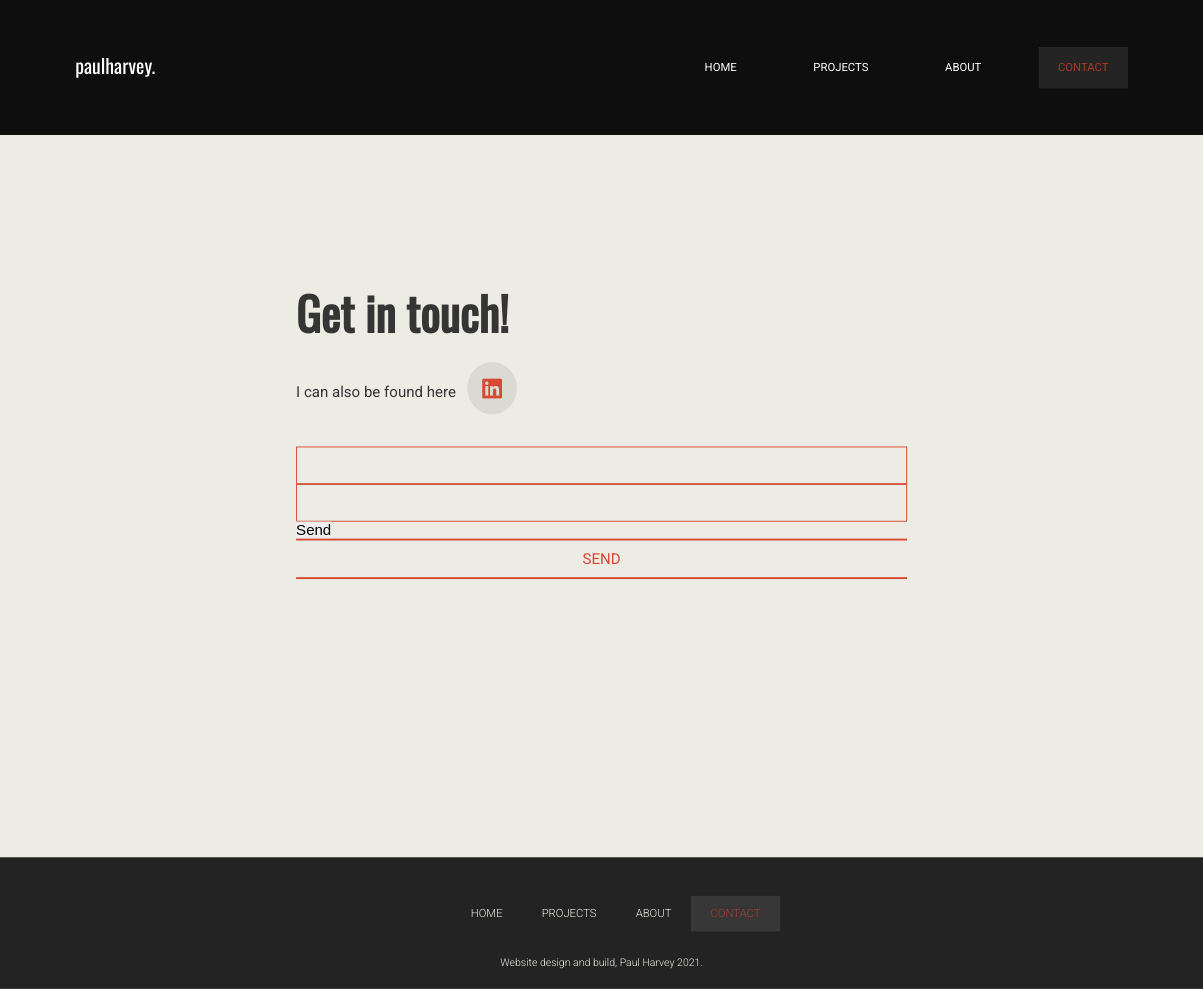
Repository: pavhns20/my-new-portfolio
Page: www/contact.html
These files come from the project's save history. The page is drawn as it stood at one moment and after the next save; the edit follows.
The browser window is 1280 px wide. The pictures show the whole page, at 94% of full size.
Some web libraries are served in a nearby version.

Above is the page before, as saved 2022-01-11 10:10:32.
Console error: TypeError: Cannot read properties of null (reading 'addEventListener')

### www/contact.html
<!DOCTYPE html>
<html lang="en">
	<head>
		<meta charset="UTF-8" />
		<meta name="viewport" content="width=device-width, initial-scale=1.0" />
		<link
			rel="stylesheet"
			href="https://unpkg.com/swiper/swiper-bundle.min.css"
		/>
		<link
			href="https://fonts.googleapis.com/css2?family=Oswald:wght@300;400&display=swap"
			rel="stylesheet"
		/>
		<link rel="preconnect" href="https://fonts.googleapis.com" />
		<link rel="preconnect" href="https://fonts.gstatic.com" crossorigin />
		<link
			href="https://fonts.googleapis.com/css2?family=Roboto+Mono:wght@300;400;500;600&family=Roboto:wght@100;300;400&display=swap"
			rel="stylesheet"
		/>

		<link rel="stylesheet" href="https://unpkg.com/aos@next/dist/aos.css" />

		<link href="main.css" rel="stylesheet" />

		<title>Paul Harvey - UX Designer - Contact page</title>
		<script
			src="https://kit.fontawesome.com/214c7f40bc.js"
			crossorigin="anonymous"
		></script>
	</head>

	<body>
		<header class="home-header">
			<div id="logo">
				<a href="index.html">paulharvey.</a>
			</div>

			<div>
				<nav class="topnav-right">
					<a class="navi" href="index.html">Home</a>
					<a class="navi" href="projects.html">Projects</a>
					<a class="navi" href="about.html">About</a>
					<a class="navi current" href="contact.html">Contact</a>
				</nav>
			</div>
			<div id="burger">
				<svg
					id="Layer_1"
					data-name="Layer 1"
					xmlns="http://www.w3.org/2000/svg"
					width="40"
					height="40"
					viewBox="0 0 35 30"
				>
					<path
						id="top"
						class="line"
						d="M660.53,443.53h25s7.92-.26,3.62-5.76c-2.23-2.85-7.28,2.89-7.28,2.89l-17.68,17.68"
						transform="translate(-660.43 -436.48)"
					/>
					<path
						id="bottom"
						class="line"
						d="M660.43,455.42h25s7.92.26,3.62,5.76c-2.23,2.85-7.28-2.89-7.28-2.89l-17.68-17.68"
						transform="translate(-660.43 -436.48)"
					/>
					<line
						id="middle"
						class="line"
						x1="0.1"
						y1="13.02"
						x2="25.1"
						y2="13.02"
					/>
				</svg>
			</div>

			<aside class="hamburger-menu" id="popup">
				<a class="navi" href="index.html">Home</a>
				<a class="navi" href="projects.html">Projects</a>
				<a class="navi" href="about.html">About</a>
				<a class="navi current" href="contact.html">Contact</a>
			</aside>
		</header>

		<main>
			<section class="contact-hero">
				<div class="form">
					<h1>Get in touch!</h1>
					<span
						>I can also be found here
						<a href="https://www.linkedin.com/in/paulvharvey/">
							<i class="fab fa-linkedin"></i></a
					></span>
					<br /><br />
					<form action="https://formsubmit.co/your@email.com" method="POST">
						<input type="text" name="name" required>
						<input type="email" name="email" required>
						<button type="submit">Send</button>
			 </form>
					<!-- <form
						action="https://formsubmit.co/paulharvey1@gmail.com"
						method="POST"
					>
						<input type="hidden" name="_captcha" value="false" />
						<input type="hidden" name="_subject" value="New email!" />
						<input
							type="hidden"
							name="_next"
							value="https://paulharveydesign.com/thankyou.html"
						/>

						<div class="row">
							<div class="input-group">
								<input type="text" id="name" name="name" required />
								<label for="name">Name</label>
							</div>
							<div class="input-group">
								<input type="text" id="number" name="number" required />
								<label for="number">Phone No.</label>
							</div>
						</div>

						<div class="input-group">
							<input type="email" id="email" name="email" required />
							<label for="email">Email</label>
						</div>
						<div class="input-group">
							<textarea id="message" cols="1" rows="4" name="message" required></textarea>
							<label for="message">Your Message</label>
						</div> -->
						<!-- <button type="submit">SUBMIT</button> -->
					</form>

					<!-- <a class="view-btn" href="contact.html">GET IN TOUCH</a> -->
					<button type="submit" class="view-btn" id="big-btn">SEND</button>
				</div>
			</section>
		</main>

		<footer>
			<ul>
				<li><a href="index.html">Home</a></li>
				<li><a href="projects.html">Projects</a></li>
				<li><a href="about.html">About</a></li>
				<li><a href="contact.html" class="current">Contact</a></li>
			</ul>
			<p>Website design and build, Paul Harvey 2021.</p>
		</footer>

		<script src="https://cdnjs.cloudflare.com/ajax/libs/gsap/3.5.1/gsap.min.js"></script>
		<script
			src="https://code.jquery.com/jquery-3.5.1.slim.min.js"
			integrity="sha384-DfXdz2htPH0lsSSs5nCTpuj/zy4C+OGpamoFVy38MVBnE+IbbVYUew+OrCXaRkfj"
			crossorigin="anonymous"
		></script>
		<script
			src="https://cdn.jsdelivr.net/npm/popper.js@1.16.1/dist/umd/popper.min.js"
			integrity="sha384-9/reFTGAW83EW2RDu2S0VKaIzap3H66lZH81PoYlFhbGU+6BZp6G7niu735Sk7lN"
			crossorigin="anonymous"
		></script>
		<script
			src="https://stackpath.bootstrapcdn.com/bootstrap/4.5.2/js/bootstrap.min.js"
			integrity="sha384-B4gt1jrGC7Jh4AgTPSdUtOBvfO8shuf57BaghqFfPlYxofvL8/KUEfYiJOMMV+rV"
			crossorigin="anonymous"
		></script>
		<script src="js/burger.js"></script>
		<script src="js/main.js"></script>
	</body>
</html>

Loaded but not shown: www/js/main.js (173 lines, source omitted); www/js/burger.js (9 lines, source omitted); www/main.css (2655 lines, source omitted)

After the next save:
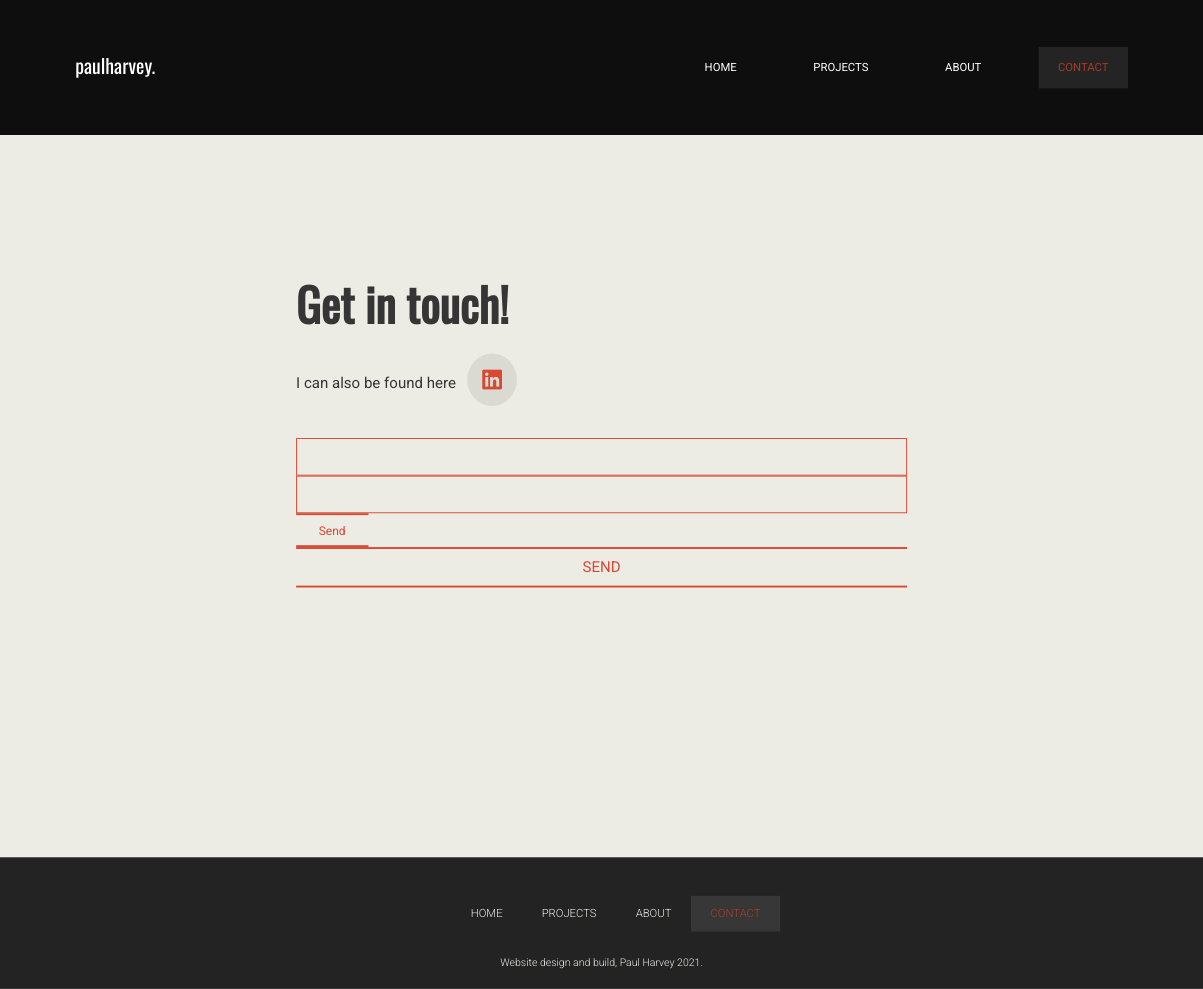
Saved 52 s later.
--- a/www/contact.html
+++ b/www/contact.html
@@ -96,7 +96,7 @@
 					<form action="https://formsubmit.co/your@email.com" method="POST">
 						<input type="text" name="name" required>
 						<input type="email" name="email" required>
-						<button type="submit">Send</button>
+						<button type="submit" class="view-btn">Send</button>
 			 </form>
 					<!-- <form
 						action="https://formsubmit.co/paulharvey1@gmail.com"
